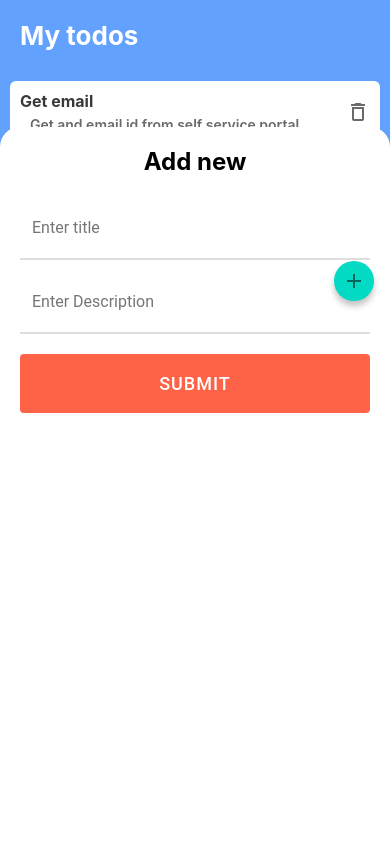
Repository: sadarsh216/Todo-App
Page: /, after clicking the first element matching `button.css-view-175oi2r`
The author's editor kept a copy of each file at every save. The page is drawn from the files as they stood at one save, then again after the next save.
The browser window is 390 px wide. The pictures show the whole page.
The app was drawn by React Native's web renderer in a window 390 px wide. The project was rebuilt for these pictures with package versions that can differ from the ones it lists, and the page was loaded fresh each time.

Above is the page before, as saved 2021-10-09 14:37:30.

### App.tsx
import { StatusBar } from "expo-status-bar";
import React, { useRef } from "react";
import {
  SafeAreaView,
  ScrollView,
  StyleSheet,
  Text,
  TouchableWithoutFeedback,
  View,
  Animated,
  Easing,
} from "react-native";
import Todos from "./Pages/Todos";
import { FAB } from "react-native-paper";
import Modal from "./components/Modal";
import * as Animatable from "react-native-animatable";

export default function App() {
  const [showAdd, setAdd] = React.useState(false);

  return (
    <>
      <SafeAreaView>
        <View style={styles.container}>
          <ScrollView>
            <Text style={styles.heading}>My todos</Text>
            <Todos />
          </ScrollView>
          {showAdd && (
            <Animatable.View style={styles.modal} animation="fadeInUpBig">
              <TouchableWithoutFeedback onPress={() => alert("")}>
                <Modal />
              </TouchableWithoutFeedback>
            </Animatable.View>
          )}
        </View>
        <FAB
          style={styles.fab}
          small
          icon="plus"
          onPress={() => setAdd(!showAdd)}
        />
      </SafeAreaView>
    </>
  );
}

const styles = StyleSheet.create({
  container: {
    height: "100%",
    backgroundColor: "#63a1ff",
  },
  heading: {
    color: "white",
    fontSize: 26,
    fontWeight: "bold",
    margin: 20,
  },
  fab: {
    color: "#fff",
    position: "absolute",
    margin: 16,
    right: 0,
    bottom: 0,
  },
  modal: {
    position: "absolute",
    bottom: 0,
    height: "60%",
    width: "100%",
    display: "flex",
    backgroundColor: "white",
    borderTopRightRadius: 20,
    borderTopLeftRadius: 20,
    elevation: 4,
    padding: 10,
    // backgroundColor: "rgba(0,0,0,0.4)",
  },
});

### Pages/Todos.tsx
import React from "react";
import { View, Text, StyleSheet, TouchableOpacity } from "react-native";
import { MaterialCommunityIcons } from "@expo/vector-icons";

export default function Todos() {
  const [todos, setTodos] = React.useState([
    {
      title: "Get email",
      description: "Get and email id from self service portal",
      id: 0,
    },
    { title: "Test 1", description: "this is a test data for test 1", id: 1 },
    { title: "Test 2", description: "this is a test data for test 2 ", id: 2 },
  ]);
  const deleteTodo = () => {
    alert("deleted");
  };
  return (
    <>
      {todos.map((item, key) => (
        <View key={item.id} style={styles.card}>
          <View style={styles.details}>
            <Text style={styles.title}>{item.title}</Text>
            <Text style={styles.desc}>{item.description}</Text>
          </View>
          <View style={styles.deleteSection}>
            <TouchableOpacity onPress={deleteTodo}>
              <MaterialCommunityIcons
                name="delete-outline"
                size={24}
                color="#6a6a6a"
              />
            </TouchableOpacity>
          </View>
        </View>
      ))}
    </>
  );
}

const styles = StyleSheet.create({
  card: {
    display: "flex",
    flexDirection: "row",
    backgroundColor: "#fff",
    margin: 10,
    borderRadius: 6,
    elevation: 4,
    padding: 10,
  },
  title: {
    fontSize: 16,
    marginBottom: 5,
    fontWeight: "bold",
    color: "#383838",
  },
  desc: {
    paddingHorizontal: 10,
    fontWeight: "600",
    color: "#6a6a6a",
  },
  details: {
    flex: 2,
  },
  deleteSection: {
    justifyContent: "center",
  },
});

### components/Modal.tsx
import { Formik } from "formik";
import React from "react";
import { View, Text, StyleSheet, TouchableWithoutFeedback } from "react-native";
import { Button, TextInput } from "react-native-paper";

export default function Modal() {
  return (
    <View>
      <Text style={styles.heading}>Add new</Text>
      <Formik
        initialValues={{ title: "", description: "", id: "" }}
        onSubmit={(values) => {
          // submit function
        }}
      >
        {(props) => (
          <View style={styles.formContainer}>
            <TextInput
              style={styles.input}
              placeholder="Enter title"
              onChangeText={props.handleChange("title")}
              value={props.values.title}
            />
            <TextInput
              style={styles.input}
              placeholder="Enter Description"
              onChangeText={props.handleChange("title")}
              value={props.values.title}
            />
            <Button style={styles.submitBtn} color="white">
              <Text style={{ fontSize: 18 }}>Submit</Text>
            </Button>
          </View>
        )}
      </Formik>
    </View>
  );
}

const styles = StyleSheet.create({
  heading: {
    textAlign: "center",
    fontWeight: "bold",
    fontSize: 24,
    margin: 10,
  },
  formContainer: {
    padding: 10,
    justifyContent: "space-around",
  },
  input: {
    backgroundColor: "transparent",
    marginBottom: 10,
  },
  submitBtn: {
    marginTop: 10,
    padding: 10,
    backgroundColor: "tomato",
  },
});

After the next save:
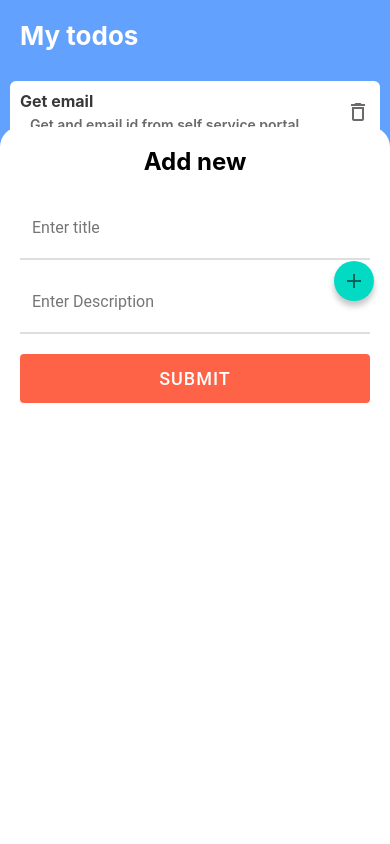
Saved 18 s later.
--- a/components/Modal.tsx
+++ b/components/Modal.tsx
@@ -54,7 +54,7 @@ const styles = StyleSheet.create({
   },
   submitBtn: {
     marginTop: 10,
-    padding: 10,
+    paddingVertical: 5,
     backgroundColor: "tomato",
   },
 });
